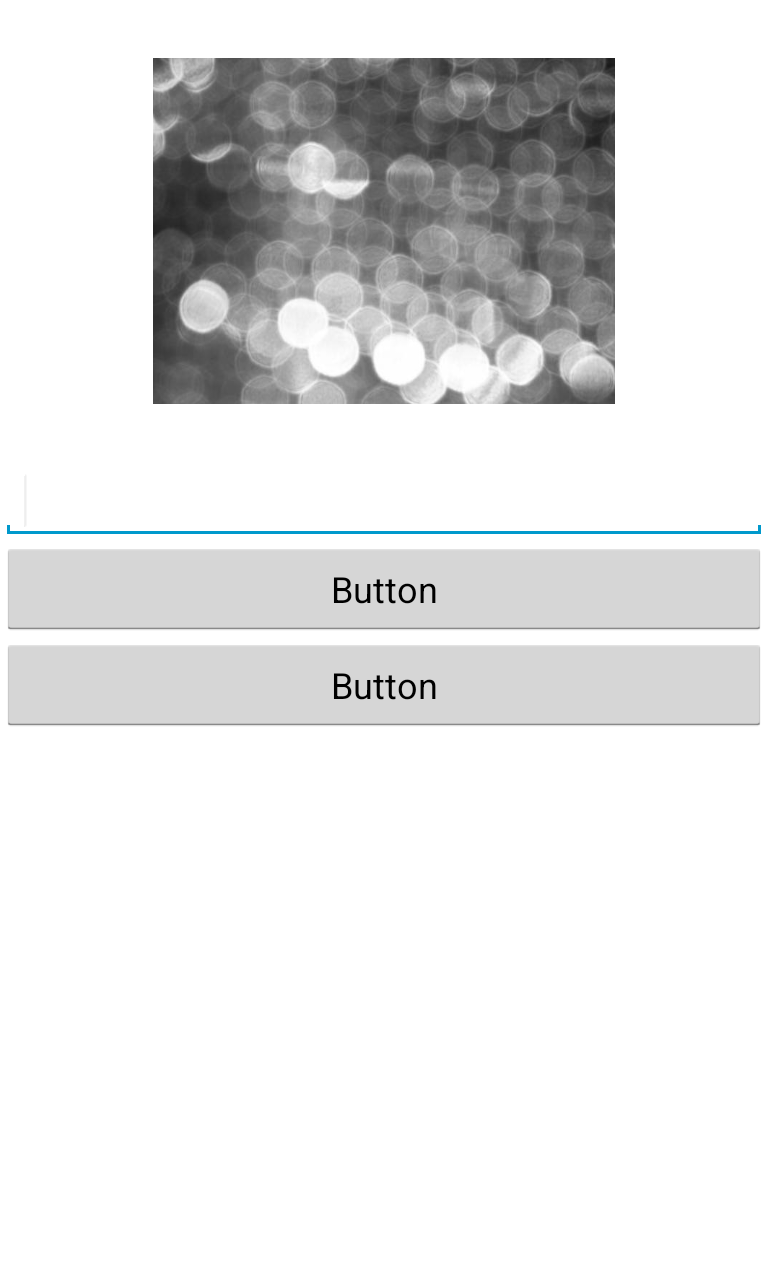
Repository: scottcaruso/mdf3_here_i_am_camera_app
Layout: HereIAm/res/layout/photo_and_location_display.xml
These files come from the project's save history. The layout is drawn as it stood at one moment and after the next save; the edit follows.
It is drawn on a 768 x 1280 px phone screen (xhdpi) without system bars, with theme AppTheme; the app's code is not run.

Above is the layout before, as saved 2013-09-12 04:00:03.

After the next save:
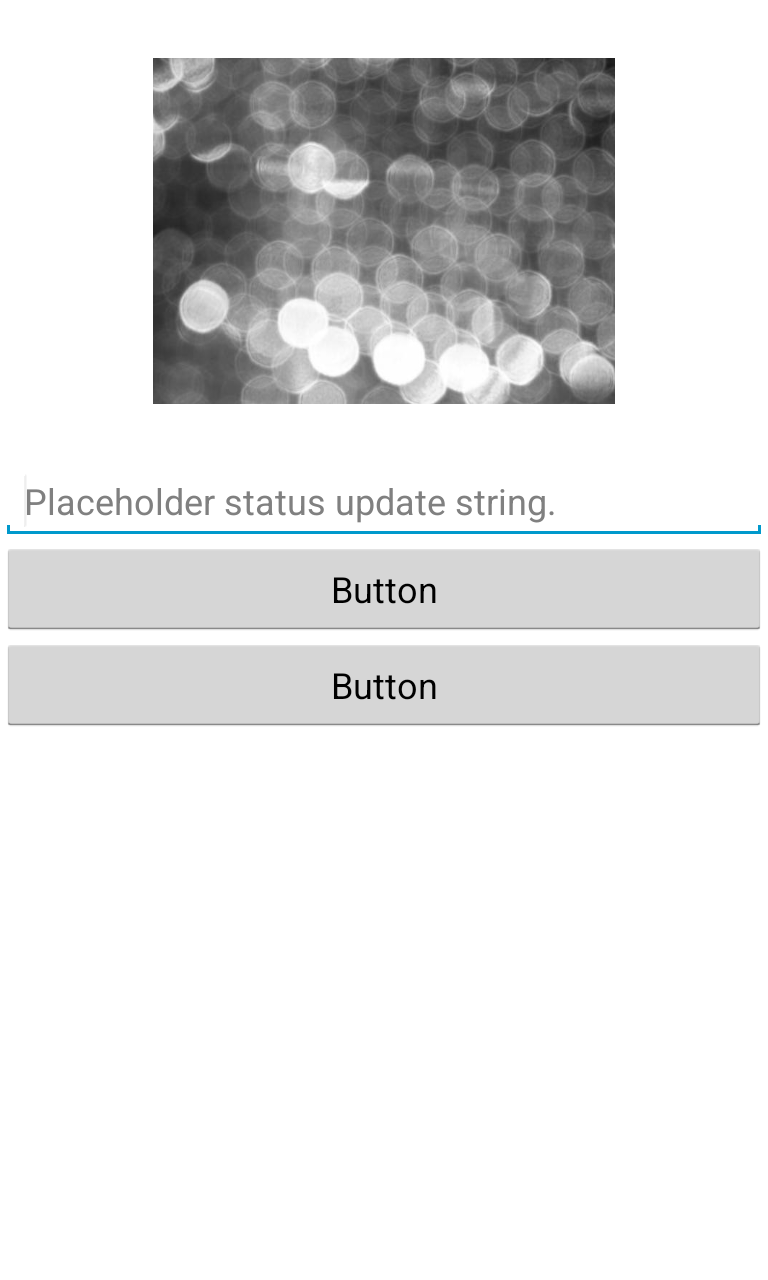
Saved 22 s later.
--- a/HereIAm/res/layout/photo_and_location_display.xml
+++ b/HereIAm/res/layout/photo_and_location_display.xml
@@ -16,7 +16,8 @@
         android:layout_width="match_parent"
         android:layout_height="wrap_content"
         android:ems="10"
-        android:inputType="textMultiLine" >
+        android:inputType="textMultiLine"
+        android:hint="Placeholder status update string.">
 
         <requestFocus />
     </EditText>
